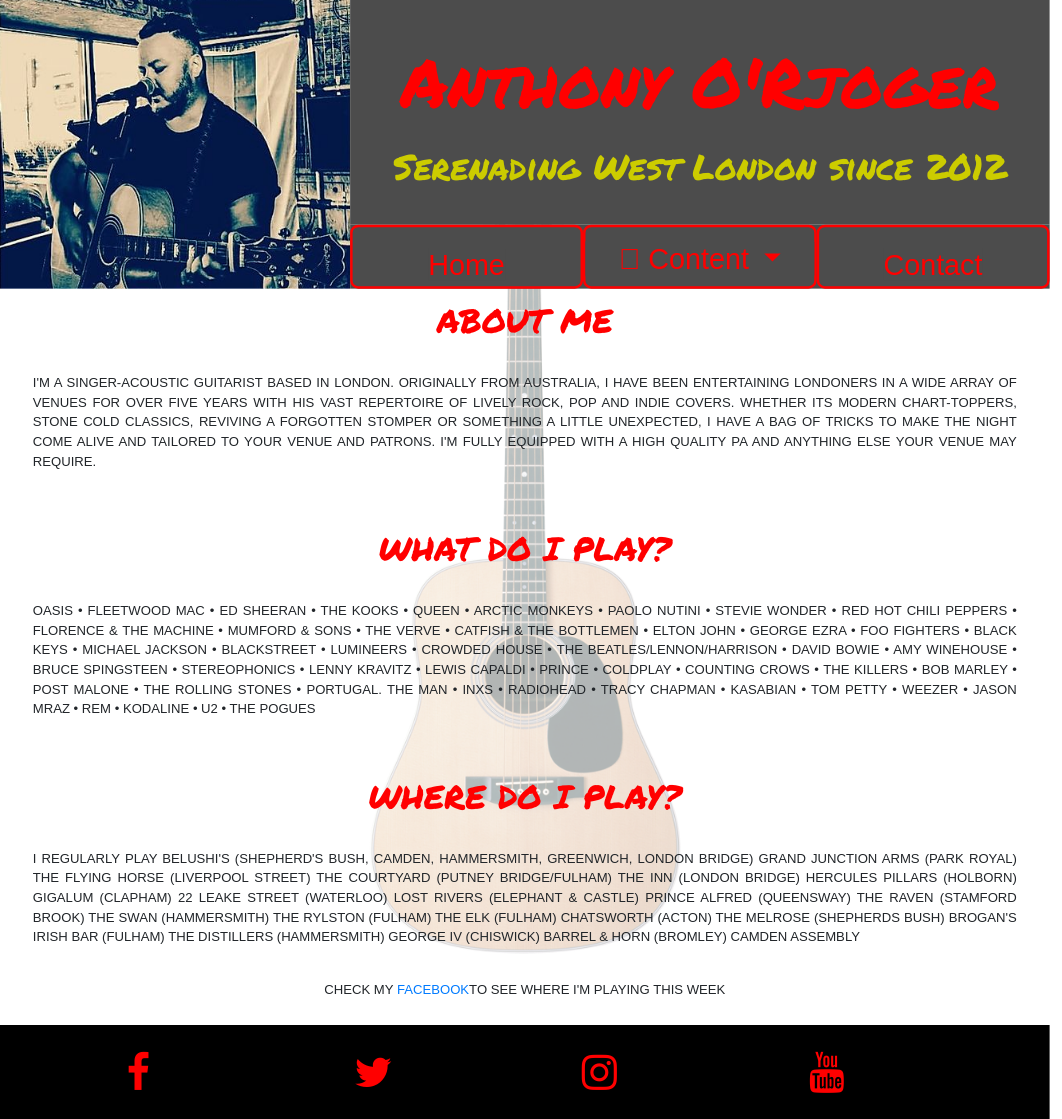
Repository: SimonGeorgeNZ/milestone_1
Page: index.html
The author's editor kept a record of every edit. The page is drawn from the files as they stood at one moment, then again after the next edit.
The browser window is 1280 px wide. The page is 1295 px wide, so the pictures cover 1295 px, including what lies to the right of the window. The pictures show the whole page, at 82% of full size.
Some web fonts or font styles are not loaded; a fallback is used. Some web libraries are served in a nearby version.

Above is the page before.

### index.html
<!DOCTYPE html>
<html lang="en">

<head>
    <meta charset="UTF-8">
    <meta name="viewport" content="width=device-width, initial-scale=1.0">
    <meta http-equiv="X-UA-Compatible" content="ie=edge">
    <link rel="stylesheet" href="assets/css/style.css" type="text/css" />
    <link rel="stylesheet" href="https://maxcdn.bootstrapcdn.com/bootstrap/4.2.1/css/bootstrap.min.css" type="text/css" />
    <link rel="stylesheet" href="https://maxcdn.bootstrapcdn.com/font-awesome/4.7.0/css/font-awesome.min.css" type="text/css" />
    <title>Anthony O'Rjoger</title>
</head>

<body>
    <header>

        <div class="row no-gutters">
            <a class="col-md-4 profile" href="index.html"></a>
            <div class="col-md-8">
                <div class="row no-gutters bg-color-title">
                    <div class="col title">
                        <h1 class="name">Anthony O'Rjoger</h1>
                        <h2 class="tag-line">Serenading West London since 2012</h2>
                    </div>
                </div>
                <div class="row no-gutters bg-col-blk">
                    <div class="col-12 col-md-6 col-lg-4 nav-but">
                        <a href="index.html" class="nav-but-text icon"><i aria-hidden="true"></i><span>Home</span></a>
                    </div>
                    <div class="col-12 col-md-6 col-lg-4 dropdown nav-but">
                        <button class="icon fa fa-music btn btn-secondary dropdown-toggle container-fluid" type="button" id="dropdownMenuButton" data-toggle="dropdown" aria-haspopup="true" aria-expanded="false">
    Content
  </button>
                        <div class="dropdown-menu" aria-labelledby="dropdownMenuButton">
                            <a class="dropdown-item" href="photos.html">Photos</a>
                            <a class="dropdown-item" href="videos.html">Videos</a>
                            <a class="dropdown-item" href="originals.html">Originals</a>
                        </div>
                    </div>
                    <div class="col d-md-block d-none nav-but">
                        <a href="contact.html" class="nav-but-text"><i aria-hidden="true"></i><span>Contact</span></a>
                    </div>
                </div>

            </div>

        </div>
        </div>
    </header>

    <body class="jumbotron-main">
        <div class="row">
            <div class="about">
                <h1 class="text-box-heading">About me</h1>
                <p class="text-box">
                    I'm a singer-acoustic guitarist based in London. Originally from Australia, I have been entertaining Londoners in a wide array of venues for over five years with his vast repertoire of lively rock, pop and indie covers. Whether its modern chart-toppers,
                    stone cold classics, reviving a forgotten stomper or something a little unexpected, I have a bag of tricks to make the night come alive and tailored to your venue and patrons. I'm fully equipped with a high quality PA and anything
                    else your venue may require.
                </p>
            </div>
            <div class="about">
                <h1 class="text-box-heading">What do I play?</h1>
                <p class="text-box">
                    OASIS • FLEETWOOD MAC • ED SHEERAN • THE KOOKS • QUEEN • ARCTIC MONKEYS • PAOLO NUTINI • STEVIE WONDER • RED HOT CHILI PEPPERS • FLORENCE & THE MACHINE • MUMFORD & SONS • THE VERVE • CATFISH & THE BOTTLEMEN • ELTON JOHN • GEORGE EZRA • FOO FIGHTERS •
                    BLACK KEYS • MICHAEL JACKSON • BLACKSTREET • LUMINEERS • CROWDED HOUSE • THE BEATLES/LENNON/HARRISON • DAVID BOWIE • AMY WINEHOUSE • BRUCE SPINGSTEEN • STEREOPHONICS • LENNY KRAVITZ • LEWIS CAPALDI • PRINCE • COLDPLAY • COUNTING CROWS
                    • THE KILLERS • BOB MARLEY • POST MALONE • THE ROLLING STONES • PORTUGAL. THE MAN • INXS • RADIOHEAD • TRACY CHAPMAN • KASABIAN • TOM PETTY • WEEZER • JASON MRAZ • REM • KODALINE • U2 • THE POGUES
                </p>
            </div>
            <div class="about">
                <h1 class="text-box-heading">Where do I play?</h1>
                <p class="text-box">
                    I regularly play BELUSHI'S (Shepherd's Bush, Camden, Hammersmith, Greenwich, London Bridge) GRAND JUNCTION ARMS (Park Royal) THE FLYING HORSE (Liverpool Street) THE COURTYARD (Putney Bridge/Fulham) THE INN (London Bridge) HERCULES PILLARS (Holborn) GIGALUM
                    (Clapham) 22 LEAKE STREET (Waterloo) LOST RIVERS (Elephant & Castle) PRINCE ALFRED (Queensway) THE RAVEN (Stamford Brook) THE SWAN (Hammersmith) THE RYLSTON (Fulham) THE ELK (Fulham) CHATSWORTH (Acton) THE MELROSE (Shepherds Bush)
                    BROGAN'S IRISH BAR (Fulham) THE DISTILLERS (Hammersmith) GEORGE IV (Chiswick) BARREL & HORN (Bromley) CAMDEN ASSEMBLY
                </p>

                <p class="text-box-1">Check my <a href="https://www.facebook.com/anthonyorjogermusic/" target="_blank">facebook</a>to see where I'm playing this week </p>


            </div>


        </div>
    </body>
    <footer class="container-fluid footer-bg footer">
        <div class="row  d-block d-md-none">
            <div class="col">
                <form class="contact">
                    <div class="row no-gutters form">
                        <div class="col-12 contact">
                            <input type="text" id="fullname" class="form-control" placeholder="Name" required />
                            <input type="email" id="emailaddress" class="form-control" placeholder="Email" required />
                        </div>
                        <div class="col-12">
                            <textarea rows="5" name="projectsummary" id="projectsummary" class="form-control" placeholder="Whats the gig?" required /></textarea>
                        </div>
                    </div>
                </form>
            </div>
        </div>
        <input class="submit  d-block d-md-none" type="submit" value="Ready to rock?!" data-toggle="modal" data-target="#thanks" />
        <div class="container soclai-links-top">
            <div class="row no-gutters">
                <div class="col-3">
                    <a class="social-but" target=_ "blank" href="https://www.facebook.com/anthonyorjogermusic/">
                             <i class="fa fa-facebook" aria-hidden="true"></i>
                               <span class="sr-only">facebook</span>
                        </a>
                </div>
                <div class="col-3">
                    <a class="social-but" target=_ "blank" href="https://twitter.com/anthonyorjoger">
                             <i class="fa fa-twitter" aria-hidden="true"></i>
                               <span class="sr-only">Twitter</span>
                        </a>
                </div>
                <div class="col-3">
                    <a class="social-but" target=_ "blank" href="https://www.instagram.com/aor_music/">
                             <i class="fa fa-instagram" aria-hidden="true"></i>
                               <span class="sr-only">Instagram</span>
                        </a>
                </div>
                <div class="col-3">
                    <a class="social-but" target=_ "blank" href="https://www.youtube.com/channel/UCJdZ-PkIdPwwX4xIostHZ1g">
                             <i class="fa fa-youtube" aria-hidden="true"></i>
                               <span class="sr-only">Youtube</span>
                        </a>
                </div>
            </div>
        </div>
    </footer>

</body>
<script src="https://code.jquery.com/jquery-3.4.1.slim.min.js" integrity="sha384-J6qa4849blE2+poT4WnyKhv5vZF5SrPo0iEjwBvKU7imGFAV0wwj1yYfoRSJoZ+n" crossorigin="anonymous"></script>
<script src="https://cdn.jsdelivr.net/npm/popper.js@1.16.0/dist/umd/popper.min.js" integrity="sha384-Q6E9RHvbIyZFJoft+2mJbHaEWldlvI9IOYy5n3zV9zzTtmI3UksdQRVvoxMfooAo" crossorigin="anonymous"></script>
<script src="https://stackpath.bootstrapcdn.com/bootstrap/4.4.1/js/bootstrap.min.js" integrity="sha384-wfSDF2E50Y2D1uUdj0O3uMBJnjuUD4Ih7YwaYd1iqfktj0Uod8GCExl3Og8ifwB6" crossorigin="anonymous"></script>

<div class="modal fade" id="thanks" tabindex="-1" role="dialog" aria-labelledby="exampleModalLabel" aria-hidden="true">
    <div class="modal-dialog" role="document">
        <div class="modal-content">
            <div class="modal-header">
                <h5 class="modal-title" id="exampleModalLabel">Thanks!</h5>
                <button type="button" class="close" data-dismiss="modal" aria-label="Close">
          <span aria-hidden="true">&times;</span>
        </button>
            </div>
            <div class="modal-body">
                I'll be in touch shortly
            </div>
            <div class="modal-footer">
                <button type="button" class="close" data-dismiss="modal">Close</button>
            </div>
        </div>
    </div>
</div>

</html>

### assets/css/style.css
@import url('https://fonts.googleapis.com/css?family=Alatsi|Permanent+Marker|100,200,300,400,500,600,700');



/*------------------Colors------*/

.bg-color-title {
    background-color: #4c4c4c;
}

.li-menu-color {
    background-color: #4c4c4c;
}

.bg-col-blk {
    background-color: #4c4c4c;
}

.footer-bg {
    background-color: black;
}

.submit {
    color: #ff0000!important;
    background-color: #cccc00!important;
}


.name {
    color: #ff0000;
}

.tag-line {
    color: #cccc00;
}

.nav-but {
    border-color: #ff0000;
}

.nav-but-text {
    color: #ff0000;
    background-color: #4c4c4c;
}

.dropdown-menu {
    background-color: #4c4c4c !important;
    border-color: #ff0000!important;
}

#dropdownMenuButton {
    color: #ff0000;
    background-color: #4c4c4c;
}

.dropdown-item {
    color: #ff0000!important;
}

h4 {
    color: #ff0000!important;
}

.social-links-top {
    border-color: #ff0000!important;
}


/*------------------Heading------*/

header {
    margin: 0;
}

.title {
    margin-left: 25px;
    margin-right: 25px;
}


.profile {
    background: url("../images/anthony.jpg");
    background-position: center;
    background-repeat: no-repeat;
    background-size: cover;
    min-height: 350px;
    transition: all ease-in-out;
    -moz-transition: all .5s ease-in-out;
    -webkit-transition: all .5s ease-in-out;

}

.name {
    font-family: "Permanent Marker", sans-serif;
    font-weight: 100;
    font-size: calc(70px + 1vw);
    margin-top: 50px;
    text-align: center;
    padding-bottom: 20px;
}

.tag-line {
    font-family: "Permanent Marker", sans-serif;
    font-weight: 200;
    font-size: calc(30px + 1vw);
    margin-bottom: 20px;
    text-align: center;
    padding-bottom: 25px;
}


.menucontainer {
    font-size: 0;
}

#nav li {
    font-size: 14px;
    padding: 0;
    margin: 0;
}

.soclai-links-top {
    padding-bottom: 0;
    margin: 0;
    border-style: none;
}

/*------------------Nav------*/

.nav-but {
    border-style: solid;
    border-width: 3px;
    border-radius: 10px;
    text-align: center;
    padding-top: 20px;
}

.nav-but-text {
    font-family: 'Alatsi', sans-serif;
    font-size: 35px;
}

.dropdown-menu {
    border-width: 3px!important;
    font-size: 35px!important;
    text-align: center!important;
    min-width: 75px!important;
    min-height: 75px!important;
    border-radius: 10px!important;
}

#dropdownMenuButton {
    font-family: 'Alatsi', sans-serif;
    font-size: 35px;
    border: none;
}

.icon {
    font-size: 35px!important;
    color: #ff0000;
}

.dropdown {
    padding-top: 15px;
}

.dropdown-menu .dropdown-item:hover {
    background-color: transparent;
}

.nav-but-text:hover {
    cursor: pointer;
    color: #ff0000;
    text-decoration: none;
}


/*------------------Main-section------*/

.text-box-heading {
    color: #ff0000;
    font-family: "Permanent Marker", sans-serif;
    text-transform: uppercase;
}

.text-box {
    font-family: 'Alatsi', sans-serif;
    margin: 40px;
    text-transform: uppercase;
}

.text-box-1 {
    font-family: 'Alatsi', sans-serif;
    text-align: center;
    text-transform: uppercase;
}

h1 {
    color: #ff000!important;
}

.jumbotron {
    margin-bottom: 0!important;
    padding: 0;
}

.jumbotron-main {
    background-attachment: scroll;
    background: url("../images/Background-image.png");
    background-repeat: no-repeat;
    background-position: center;
    padding: 0;

}

.social-but {
    font-size: 50px;
    color: #ff0000;
    margin-left: 25%;
}

.about {
    text-align: justify;
    margin: 15px;
}

.text-box-heading {
    text-align: center;
}

.form-control {
    border-style: solid!important;
    border-width: 3px!important;
    border-color: #000000!important;
}

.image {
    margin: auto;
    margin-top: 100px;
    margin-bottom: 350px;
    display: block;
    height: 200px;
    width: 200px;

}

.video {
    text-align: center;
    height: 150px;
    width: 150px;
    margin-top: 50px;
    margin-bottom: 100px;
}

.image:hover {
    cursor: pointer;
}

/*------------------Footer------*/

.footer {
    padding: 20px;
}

.submit {
    font-family: 'Alatsi', sans-serif;
    font-size: 26px;
    border: none;
    display: block;
    margin: auto;
    margin-top: 15px;
    margin-bottom: 20px;
    border-radius: 15px;
}

.contact {
    padding: 10px;
    margin-top: 20px;

}

#fullname {
    margin-bottom: 10px;
}

input[type="text"] {
    font-family: 'Alatsi', sans-serif;
    font-size: 26px;
}

input[type="email"] {
    font-family: 'Alatsi', sans-serif;
    font-size: 26px;
}

#projectsummary {
    font-family: 'Alatsi', sans-serif;
    font-size: 26px;
}

.social-links-top {
    width: 100vw;
}



/*------------------------modal----------------*/

.modal {
    display: flex;
}

#myModal {
    height: auto;
    width: auto;
    text-align: center;
}

After the next edit:
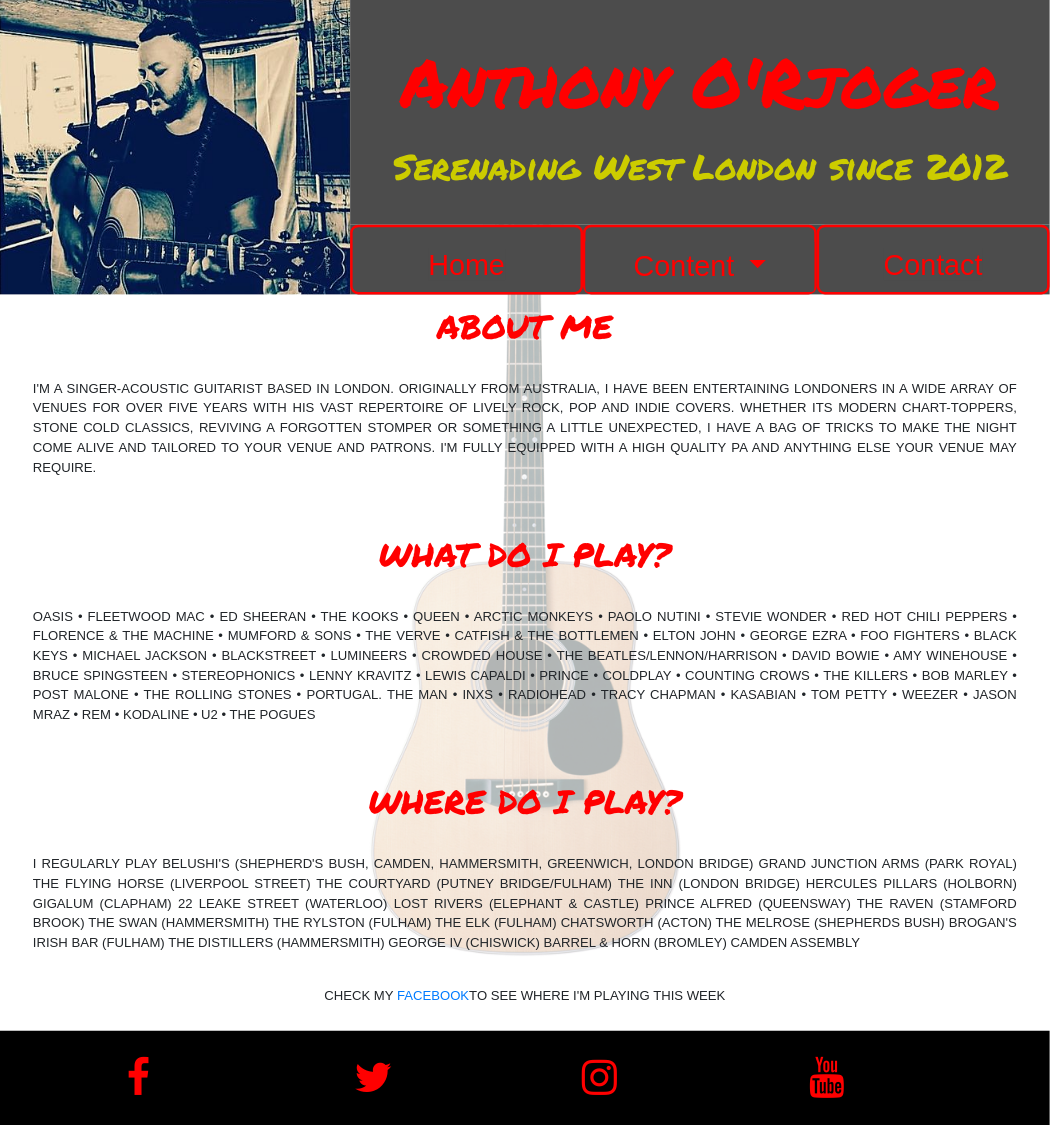
The edit:
--- a/index.html
+++ b/index.html
@@ -28,7 +28,7 @@
                         <a href="index.html" class="nav-but-text icon"><i aria-hidden="true"></i><span>Home</span></a>
                     </div>
                     <div class="col-12 col-md-6 col-lg-4 dropdown nav-but">
-                        <button class="icon fa fa-music btn btn-secondary dropdown-toggle container-fluid" type="button" id="dropdownMenuButton" data-toggle="dropdown" aria-haspopup="true" aria-expanded="false">
+                        <button class="icon btn btn-secondary dropdown-toggle container-fluid" type="button" id="dropdownMenuButton" data-toggle="dropdown" aria-haspopup="true" aria-expanded="false">
     Content
   </button>
                         <div class="dropdown-menu" aria-labelledby="dropdownMenuButton">
